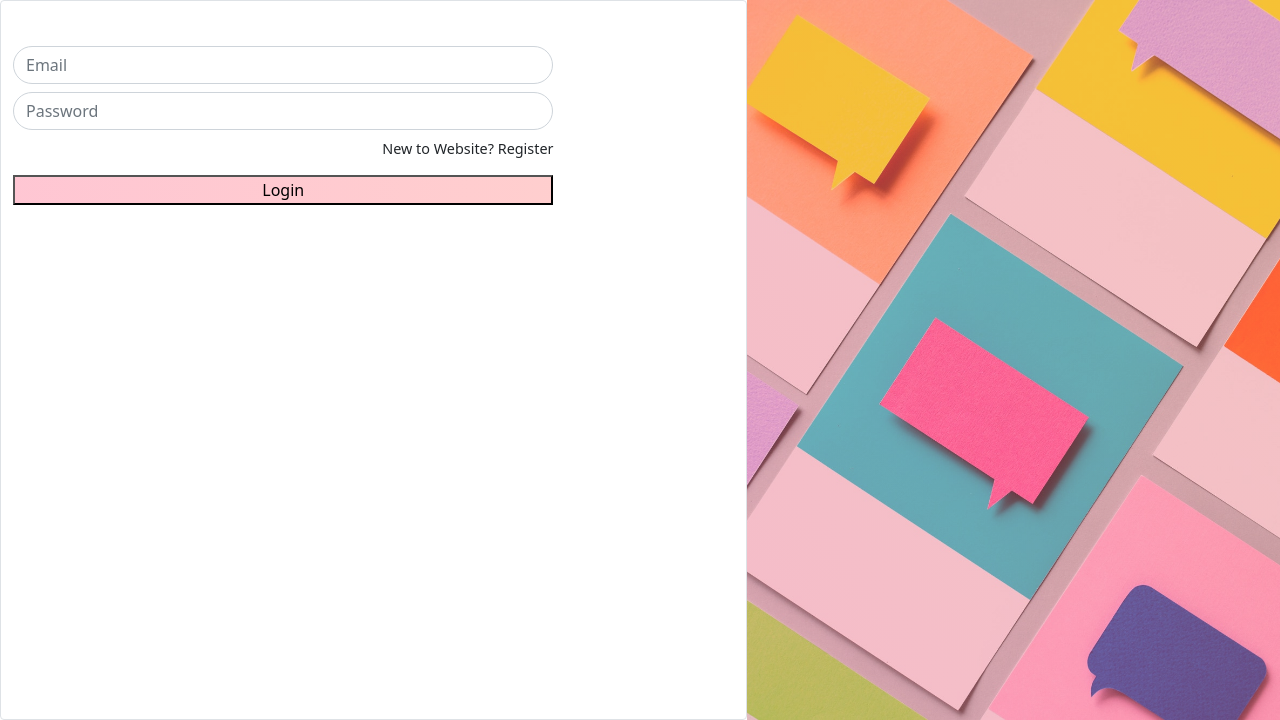
Repository: SaudCh/React-login
Page: /login
These files come from the project's save history. The page is drawn as it stood at one moment and after the next save; the edit follows.
The browser window is 1280 px wide. The pictures show the whole page.
The project was rebuilt for these pictures with package versions that can differ from the ones it lists, and the page was loaded fresh each time. Also part of the build but not shown: src/Components/Register/RegsiterCss.js, src/Components/Register/RegisterValidation.js, src/Components/Register/Register.jsx, src/Components/Home/Home.jsx.

Above is the page before, as saved 2022-02-06 12:26:57.

### src/App.js
import Login from './Components/Login/Login';
import Register from './Components/Register/Register'
import '../node_modules/bootstrap/dist/css/bootstrap.min.css'
import { Routes, Route } from 'react-router-dom'
import Home from './Components/Home/Home';

function App() {
  return (
    <Routes>
      <Route path="login" element={<Login />} />
      <Route path="register" element={<Register />} />
      <Route path="/" element={<Home />} />
      <Route path="*" element={<Register />} />
    </Routes >
  );
}

export default App;

### src/Components/Login/Login.jsx
import React, { useState } from "react";
import "./Login.css";
import { formStyle } from "./logincss";
import axios from "axios";
import { loginValidation } from "./loginValidation";

export default function Login() {
  const [email, setEmail] = useState();
  const [password, setPassword] = useState();
  const [error, setError] = useState("");

  const formSubmit = (e) => {
    setError("");
    e.preventDefault();
    const data = {
      email: email,
      password: password,
    };

    const errors = loginValidation(data);

    if (Object.keys(errors).length !== 0) {
      setError(errors);
      return;
    }

    axios
      .post("http://localhost:5000/api/user/login", data)
      .then(function (response) {
        console.log(response);
      })
      .catch(function (error) {
        let err;
        if (error.response) {
          err = error.response.data.message;
        } else if (error.request) {
          err = error.toJSON().message;
        } else {
          err = error.message;
        }
        setError({ api: err });
      });
  };

  return (
    <div>
      <div className="container-fluid">
        <div className="row">
          <div className="col-10 col-md-7 border rounded">
            <form onSubmit={formSubmit} className="col-9">
              {error.api && <p className="text-danger p-0 m-0">{error.api}</p>}
              <div className="my-2">
                <h4 className="text-white">Login </h4>
              </div>
              <div className="form-group my-2">
                <input
                  style={formStyle}
                  value={email}
                  onChange={(email) => setEmail(email.target.value)}
                  type="email"
                  class="form-control"
                  id="email"
                  placeholder={"Email"}
                />
                {error.email && (
                  <p className="text-danger p-0 m-0">{error.email}</p>
                )}
              </div>
              <div className="form-group my-2">
                <input
                  style={formStyle}
                  value={password}
                  onChange={(password) => setPassword(password.target.value)}
                  type="password"
                  class="form-control"
                  id="password"
                  placeholder="Password"
                />
                {error.password && (
                  <p className="text-danger p-0 m-0">{error.password}</p>
                )}
              </div>
              <div className="my-2">
                <div>
                  <p className="text-end" style={{ fontSize: "0.9rem" }}>
                    New to Website? <span>Register</span>
                  </p>
                </div>
                <button className="login-btn">Login</button>
              </div>
            </form>
          </div>
          <div className="col-md-5 login-background-image "></div>
        </div>
      </div>
    </div>
  );
}

### src/Components/Login/Login.css
:root {
  --primary: rgba(254, 113, 145, 0.4);
  --secondary: rgba(255, 133, 133, 0.4);
}
.login-background-image {
  height: 100vh;
  width: 100vw;

  background: linear-gradient(to top right, var(--primary), var(--secondary)),
    url("../Images/back.jpg") no-repeat center center / cover;
}

.login-btn{
  width: 100%;
  background: linear-gradient(to right, var(--primary), var(--secondary))
}

input:hover,
input:active,
input:focus,
input:-webkit-autofill {
  outline: 0px !important;
  -webkit-appearance: none;
  box-shadow: none !important;
}
input:-webkit-autofill,
input:-webkit-autofill:focus {
  transition: background-color 600000s 0s, color 600000s 0s;
}

### src/Components/Login/logincss.js
export const formStyle = {
    backgroundColor: "transparent",
    borderRadius: 25,
};

### src/Components/Login/loginValidation.js
export const loginValidation = (data) => {
    let errors = {};

    if (!data.email) {
        errors.email = "Email Is Required."
    }
    else if (!/\S+@\S+\.\S+/.test(data.email)) {
        errors.email = "Invalid Email"
    }
    if (!data.password) {
        errors.password = "Password is required."
    }
    else if (data.password.length < 6) {
        errors.password = "Password Must be more than Six Characters"
    }
    return errors;

}

### src/Components/Register/Register.css
.background-image {
  background-image: linear-gradient(rgba(0, 0, 0, 0.2), rgba(0, 0, 0, 0.2)),
    url("../Images/back.jpg");
  background-position: center;
  background-repeat: no-repeat;
  background-size: cover;

  height: 100vh;
  justify-content: center;
  align-items: center;

  position: relative;
  z-index: 1;
}
.background-image::before {
  content: "";
  position: absolute;
  background: inherit;
  top: 0;
  bottom: 0;
  left: 0;
  right: 0;
  filter: blur(1px);
  z-index: -1;
}

.background-text {
  padding: 20px 0px;
  display: flex;
  justify-content: center;
  align-items: center;

  box-shadow: 0 0 1rem 0 rgba(0, 0, 0, 0.2);
  position: relative;
  background: inherit;
  z-index: 1;
}
.background-text::before {
  content: "";
  position: absolute;
  background: inherit;
  top: 0;
  bottom: 0;
  left: 0;
  right: 0;
  box-shadow: inset 0 0 2000px rgba(255, 255, 255, 0.3);
  /* filter: blur(1px); */
  z-index: -1;
}

input:hover,
input:active,
input:focus,
input:-webkit-autofill {
  outline: 0px !important;
  -webkit-appearance: none;
  box-shadow: none !important;
}
input:-webkit-autofill,
input:-webkit-autofill:focus {
  transition: background-color 600000s 0s, color 600000s 0s;
}

Loaded but not shown: public/index.html (common file); src/index.js (common file); src/index.css (common file); src/reportWebVitals.js (common file)

After the next save:
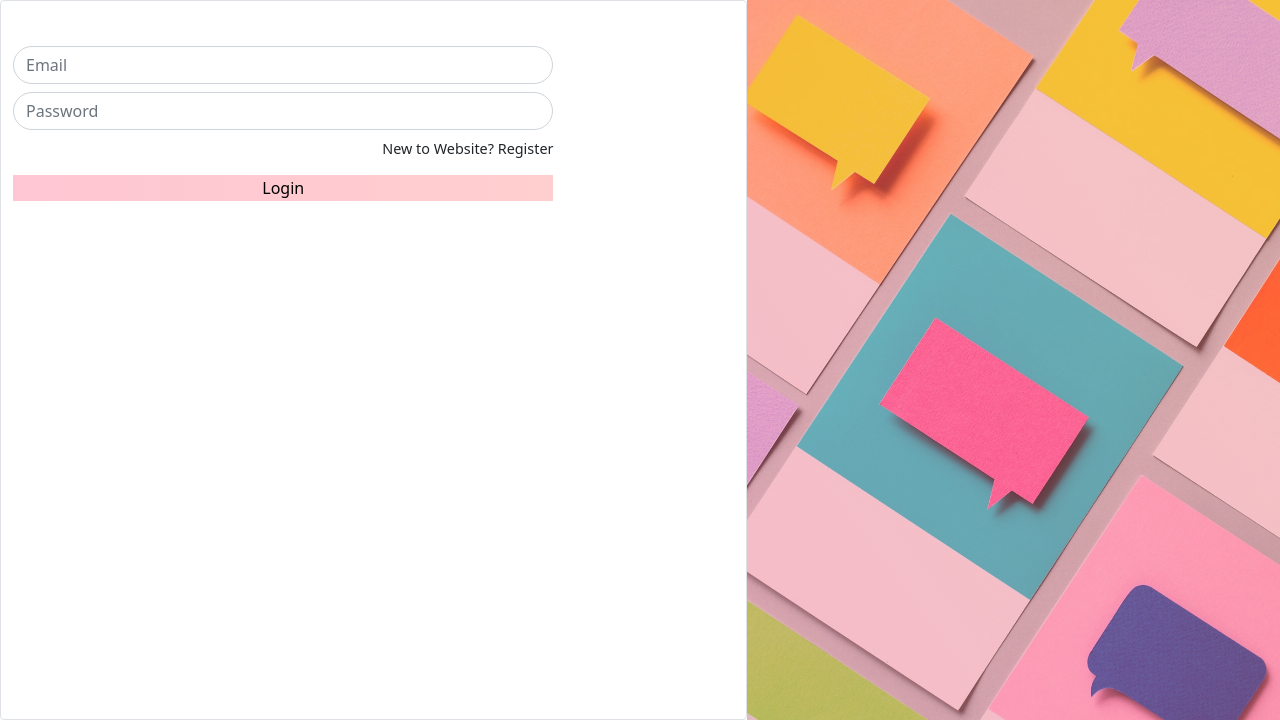
Saved 11 s later.
--- a/src/Components/Login/Login.css
+++ b/src/Components/Login/Login.css
@@ -10,9 +10,10 @@
     url("../Images/back.jpg") no-repeat center center / cover;
 }
 
-.login-btn{
+.login-btn {
   width: 100%;
-  background: linear-gradient(to right, var(--primary), var(--secondary))
+  border: none;
+  background: linear-gradient(to right, var(--primary), var(--secondary));
 }
 
 input:hover,
